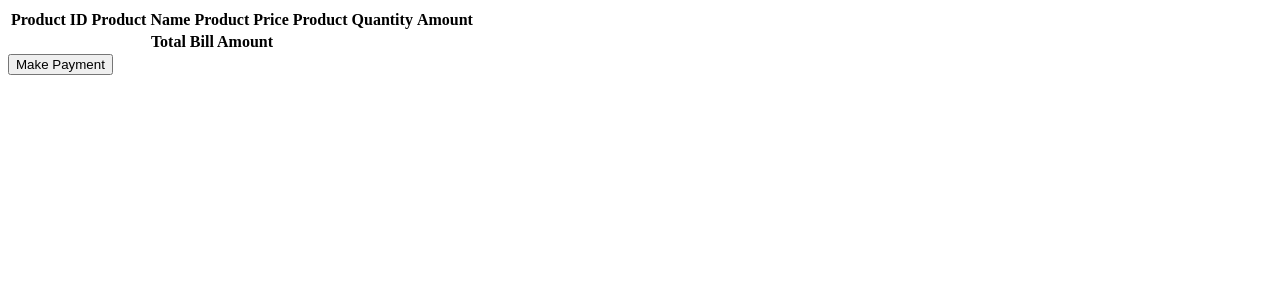
Repository: devgpta19/CDAC-Assignments
Page: http://localhost/ProductsAndUsersUsingJSPAndServlet/cart.jsp
An editor plug-in stored every save of this project. The page is shown before and after the next save, followed by the edit.
The browser window is 1280 px wide. The pictures show the whole page.
The page is served by Tomcat 9. Other server files are loaded and not shown.

Above is the page before, as saved 2025-11-27 05:39:25.

### Adv.Java/Day6-8/ProductsAndUsersUsingJSPAndServlet/src/main/webapp/cart.jsp
<%@ page language="java" contentType="text/html; charset=ISO-8859-1"
	pageEncoding="ISO-8859-1"%>
<%@taglib prefix="c" uri="http://java.sun.com/jsp/jstl/core"%>

<!DOCTYPE html>
<html>
<head>
<meta charset="ISO-8859-1">
<title>Insert title here</title>
</head>
<body>
	<%
	double tamt = 0;
	%>
	<form action="makePayment.jsp">
		<table>
			<tr>
				<th>Product ID</th>
				<th>Product Name</th>
				<th>Product Price</th>
				<th>Product Quantity</th>
				<th>Amount</th>
			</tr>
			<c:forEach var="set" items="${ResultSet}">
				<tr>
					<c:set var="amt" value="${set.qty}*${set.price}"></c:set>
					<c:set var="tamt" value="${tamt}+${amt}"></c:set>
					<td>${set.pid}</td>
					<td>${set.pname}</td>
					<td>${set.price}</td>
					<td>${set.qty}</td>
					<td>${amt}</td>
				</tr>
			</c:forEach>
			<tr>
			<th colspan='4'>Total Bill Amount</th>
			<th>${tamt}</th>
			</tr>
		</table>

		<button type="submit" name="btn" id="btn" >Make Payment</button>
	</form>

	<form action="Category"></form>
</body>
</html>

After the next save:
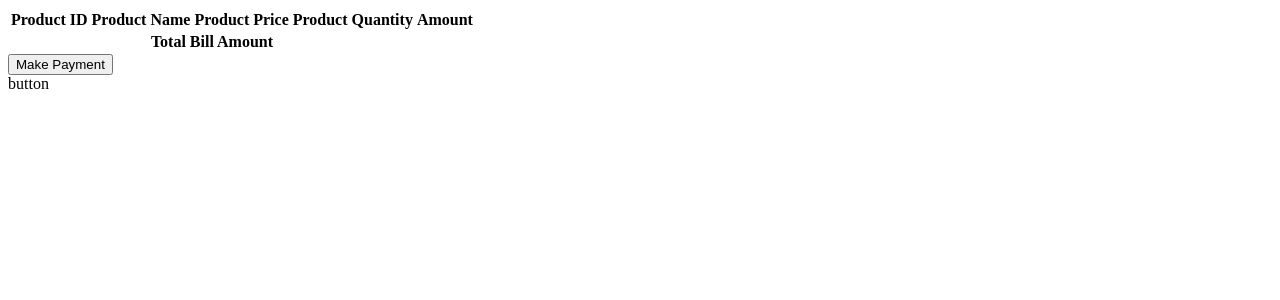
Saved 5 s later.
--- a/Adv.Java/Day6-8/ProductsAndUsersUsingJSPAndServlet/src/main/webapp/cart.jsp
+++ b/Adv.Java/Day6-8/ProductsAndUsersUsingJSPAndServlet/src/main/webapp/cart.jsp
@@ -41,6 +41,7 @@
 		<button type="submit" name="btn" id="btn" >Make Payment</button>
 	</form>
 
-	<form action="Category"></form>
+	<form action="Category">
+	button<a></a></form>
 </body>
 </html>
